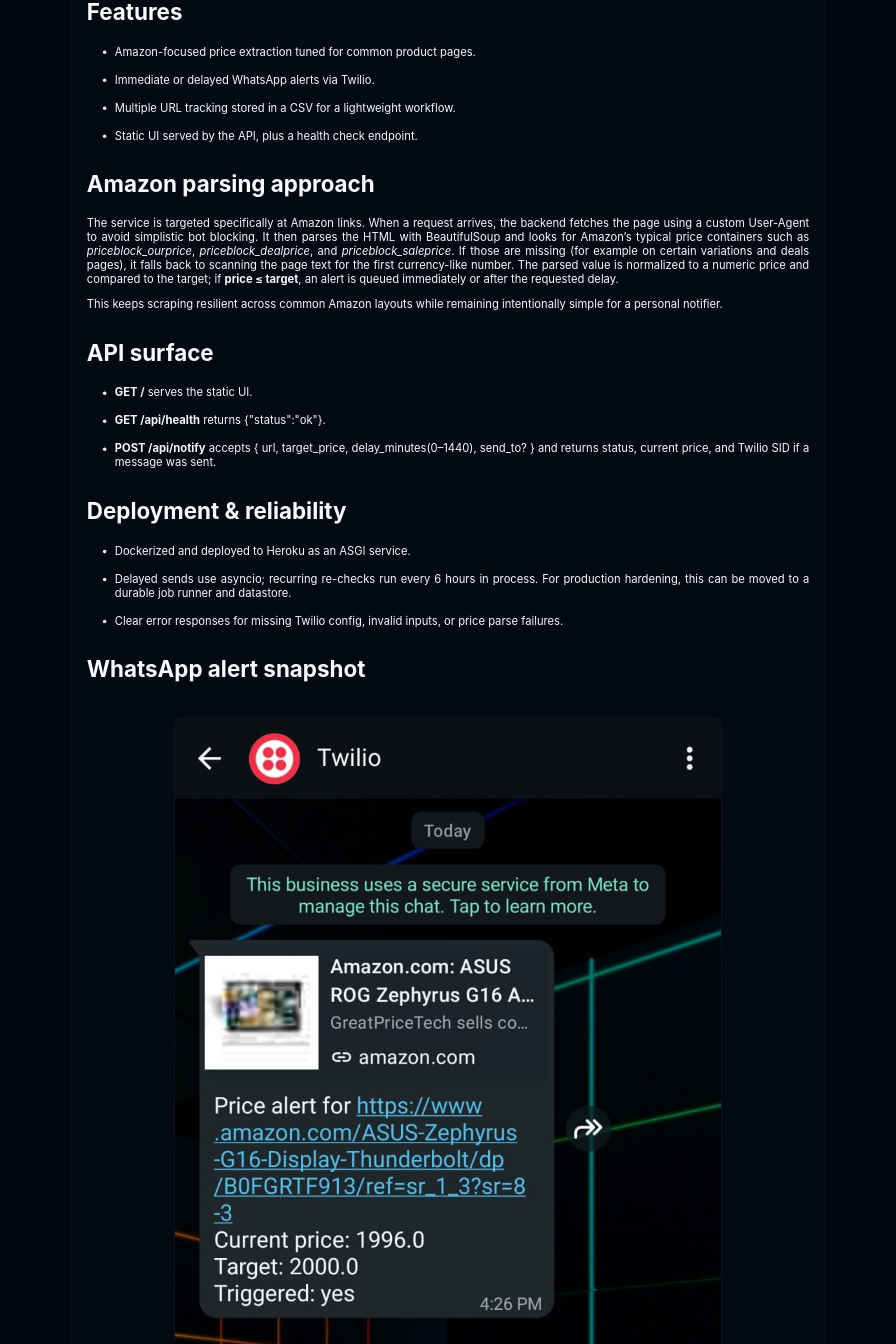
Repository: Abdulaziz-04/Abdulaziz-04.github.io
Page: deepdives/backend_systems/price_notifier/price_notifier.html
An editor plug-in stored every save of this project. The page is shown before and after the next save, followed by the edit.
The browser window is 1280 px wide. The pictures show the part of the page from y = 1265 to 3185 px (the page is 4028 px tall before and 4048 px after), at 70% of full size.

Above is the page before, as saved 2025-11-21 15:26:54.

After the next save:
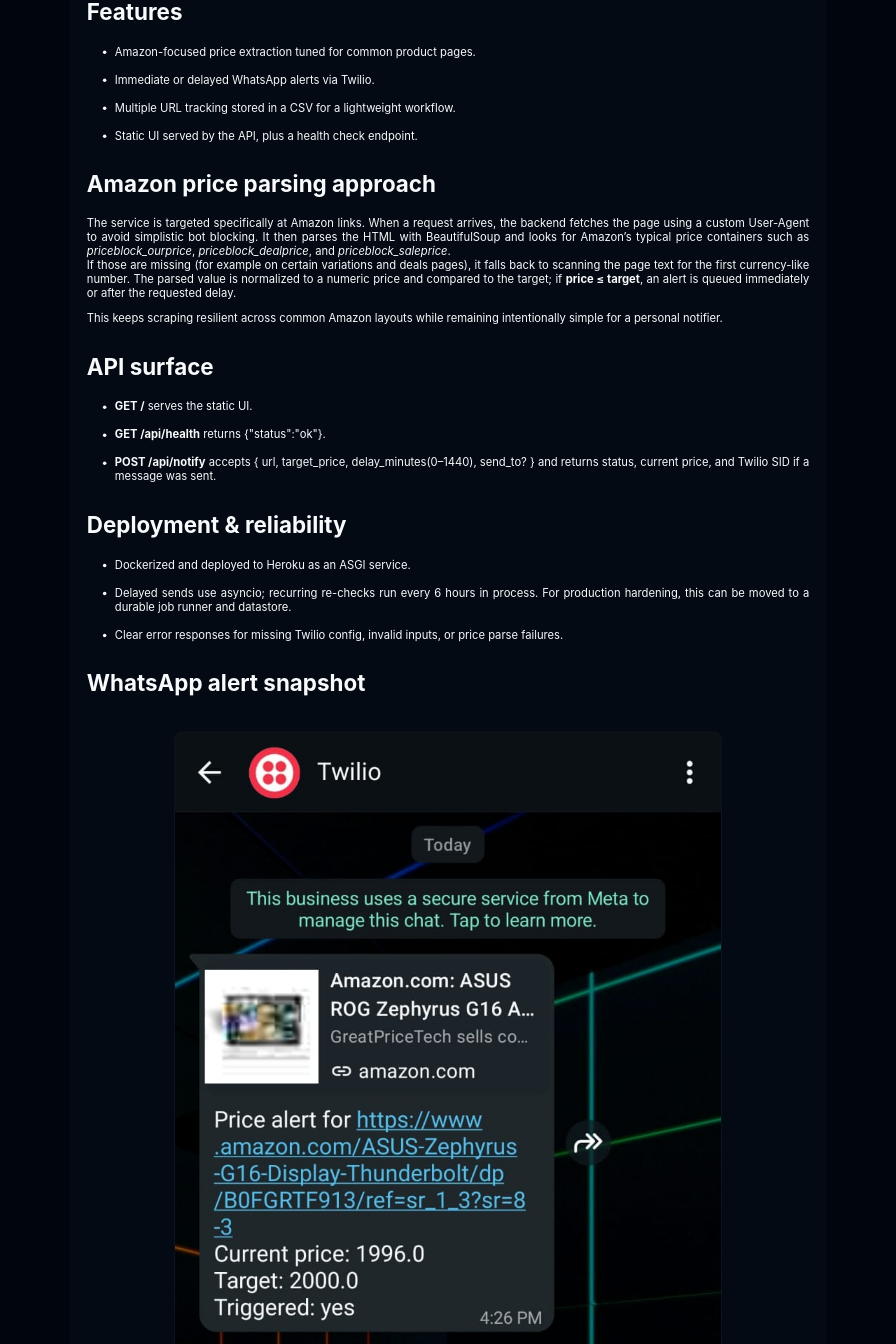
Saved 101 s later.
--- a/deepdives/backend_systems/price_notifier/price_notifier.html
+++ b/deepdives/backend_systems/price_notifier/price_notifier.html
@@ -92,17 +92,20 @@
 
       <!-- AMAZON LOGIC -->
       <section class="detail-section">
-        <h2>Amazon parsing approach</h2>
+        <h2>Amazon price parsing approach</h2>
         <p>
           The service is targeted specifically at Amazon links. When a request
           arrives, the backend fetches the page using a custom User-Agent to
           avoid simplistic bot blocking. It then parses the HTML with
           BeautifulSoup and looks for Amazon’s typical price containers such as
           <em>priceblock_ourprice</em>, <em>priceblock_dealprice</em>, and
-          <em>priceblock_saleprice</em>. If those are missing (for example on
-          certain variations and deals pages), it falls back to scanning the
-          page text for the first currency-like number. The parsed value is
-          normalized to a numeric price and compared to the target; if
+          <em>priceblock_saleprice</em>.
+          <br />
+
+          If those are missing (for example on certain variations and deals
+          pages), it falls back to scanning the page text for the first
+          currency-like number. The parsed value is normalized to a numeric
+          price and compared to the target; if
           <strong>price ≤ target</strong>, an alert is queued immediately or
           after the requested delay.
         </p>
